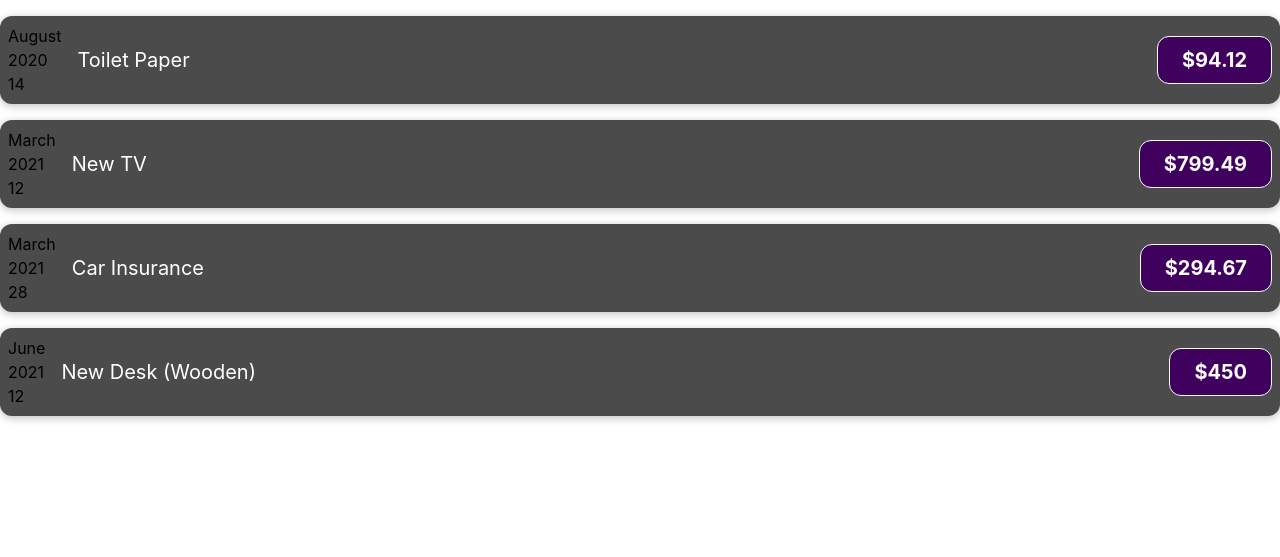
Repository: Sef24/expense-tracker
Page: /
These files come from the project's save history. The page is drawn as it stood at one moment and after the next save; the edit follows.
The browser window is 1280 px wide. The pictures show the whole page.
The project was rebuilt for these pictures with package versions that can differ from the ones it lists, and the page was loaded fresh each time.

Above is the page before, as saved 2022-04-21 21:57:32.

### public/index.html
<!DOCTYPE html>
<html lang="en">
  <head>
    <meta charset="utf-8" />
    <link rel="icon" href="%PUBLIC_URL%/favicon.ico" />
    <meta name="viewport" content="width=device-width, initial-scale=1" />

    <meta
      name="description"
      content="Web site created using create-react-app"
    />
    <link rel="apple-touch-icon" href="%PUBLIC_URL%/logo192.png" />
    <!--
      manifest.json provides metadata used when your web app is installed on a
      user's mobile device or desktop. See https://developers.google.com/web/fundamentals/web-app-manifest/
    -->
    <link rel="manifest" href="%PUBLIC_URL%/manifest.json" />
    <!--
      Notice the use of %PUBLIC_URL% in the tags above.
      It will be replaced with the URL of the `public` folder during the build.
      Only files inside the `public` folder can be referenced from the HTML.

      Unlike "/favicon.ico" or "favicon.ico", "%PUBLIC_URL%/favicon.ico" will
      work correctly both with client-side routing and a non-root public URL.
      Learn how to configure a non-root public URL by running `npm run build`.
    -->
    <title>React App</title>
  </head>
  <body>
    <noscript>You need to enable JavaScript to run this app.</noscript>
    <div id="root"></div>
    <!--
      This HTML file is a template.
      If you open it directly in the browser, you will see an empty page.

      You can add webfonts, meta tags, or analytics to this file.
      The build step will place the bundled scripts into the <body> tag.

      To begin the development, run `npm start` or `yarn start`.
      To create a production bundle, use `npm run build` or `yarn build`.
    -->
  </body>
</html>

### src/App.js
import ExpenseItem from "./components/ExpenseItem";

function App() {
  const expenses = [
    {
      id: "e1",
      title: "Toilet Paper",
      amount: 94.12,
      date: new Date(2020, 7, 14),
    },
    { id: "e2", title: "New TV", amount: 799.49, date: new Date(2021, 2, 12) },
    {
      id: "e3",
      title: "Car Insurance",
      amount: 294.67,
      date: new Date(2021, 2, 28),
    },
    {
      id: "e4",
      title: "New Desk (Wooden)",
      amount: 450,
      date: new Date(2021, 5, 12),
    },
  ];
  return (
    <div>
      <h2></h2>
      <ExpenseItem
        title={expenses[0].title}
        amount={expenses[0].amount}
        date={expenses[0].date}
      />

      <ExpenseItem
        title={expenses[1].title}
        amount={expenses[1].amount}
        date={expenses[1].date}
      />
      <ExpenseItem
        title={expenses[2].title}
        amount={expenses[2].amount}
        date={expenses[2].date}
      />
      <ExpenseItem
        title={expenses[3].title}
        amount={expenses[3].amount}
        date={expenses[3].date}
      />
    </div>
  );
}

export default App;

### src/components/ExpenseItem.js
import React from "react";
import "./ExpenseItem.css";

function ExpenseItem(props) {
  const month = props.date.toLocaleString("en-US", { month: "long" });
  const day = props.date.getDate();
  const year = props.date.getFullYear();

  return (
    <div className="expense-item ">
      <div>
        <div>{month}</div>
        <div>{year}</div>
        <div>{day}</div>
      </div>

      <div className="expense-item__description">
        <h2>{props.title}</h2>

        <div className="expense-item__price">${props.amount}</div>
      </div>
    </div>
  );
}

export default ExpenseItem;

### src/components/ExpenseItem.css
.expense-item {
  display: flex;
  justify-content: space-between;
  align-items: center;
  box-shadow: 0 2px 8px rgba(0, 0, 0, 0.25);
  padding: 0.5rem;
  margin: 1rem 0;
  border-radius: 12px;
  background-color: #4b4b4b;
}

.expense-item__description {
  display: flex;
  flex-direction: column;
  gap: 1rem;
  align-items: flex-end;
  flex-flow: column-reverse;
  justify-content: flex-start;
  flex: 1;
}

.expense-item h2 {
  color: #3a3a3a;
  font-size: 1rem;
  flex: 1;
  margin: 0 1rem;
  color: white;
}

.expense-item__price {
  font-size: 1rem;
  font-weight: bold;
  color: white;
  background-color: #40005d;
  border: 1px solid white;
  padding: 0.5rem;
  border-radius: 12px;
}

@media (min-width: 580px) {
  .expense-item__description {
    flex-direction: row;
    align-items: center;
    justify-content: flex-start;
    flex: 1;
  }

  .expense-item__description h2 {
    font-size: 1.25rem;
  }

  .expense-item__price {
    font-size: 1.25rem;
    padding: 0.5rem 1.5rem;
  }
}

Loaded but not shown: src/index.js (common file); src/index.css (common file); tailwind.config.js (common file)

After the next save:
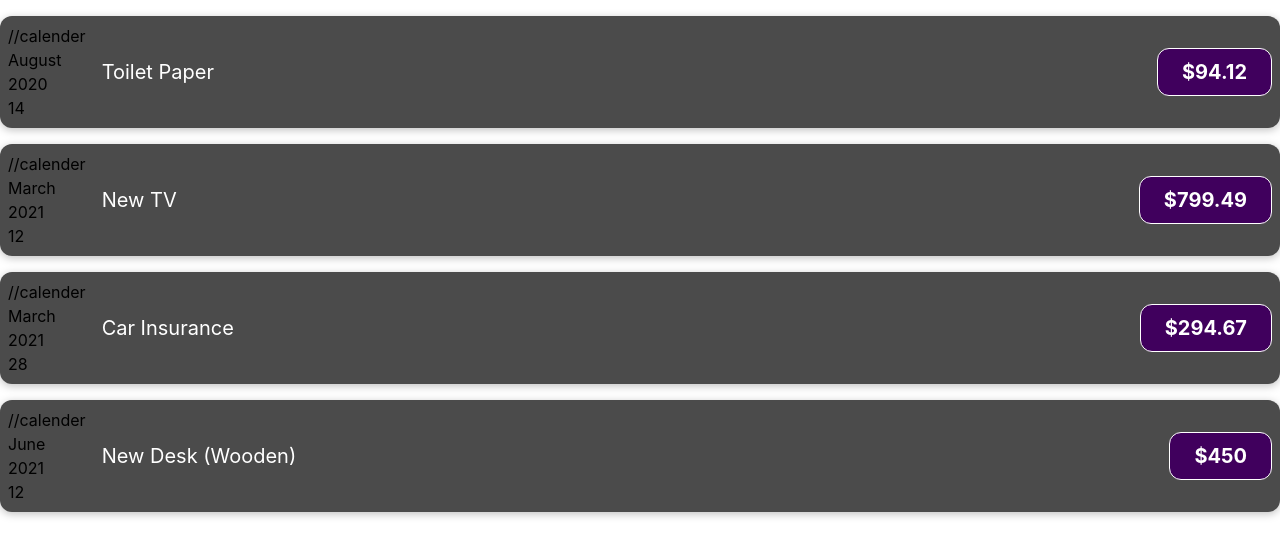
Saved 70 s later.
--- a/src/components/ExpenseItem.js
+++ b/src/components/ExpenseItem.js
@@ -9,6 +9,8 @@ function ExpenseItem(props) {
   return (
     <div className="expense-item ">
       <div>
+        {" "}
+        //calender
         <div>{month}</div>
         <div>{year}</div>
         <div>{day}</div>
